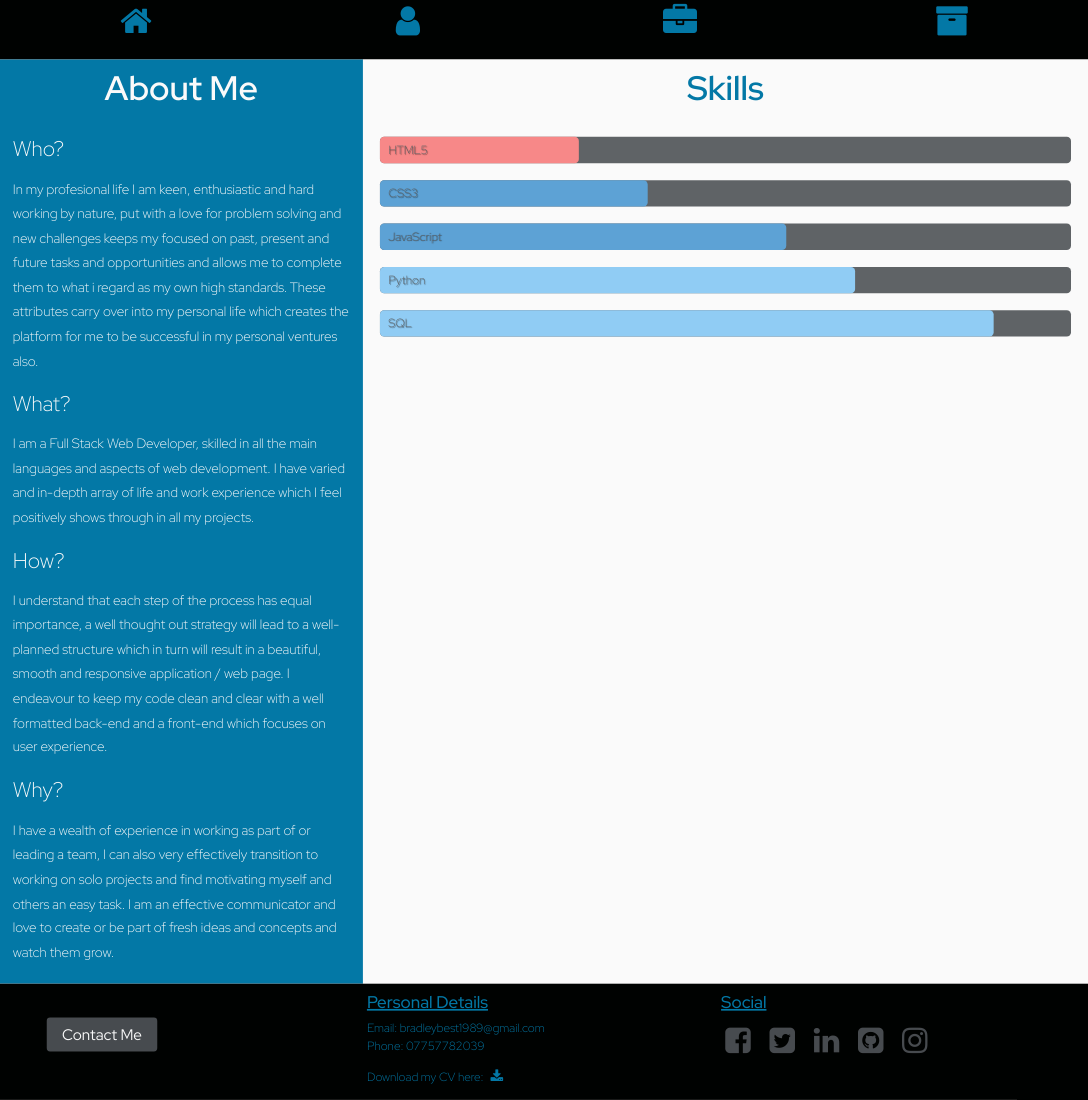
Repository: Brad000/Resume-project
Page: about-me.html
The author's editor kept a record of every edit. The page is drawn from the files as they stood at one moment, then again after the next edit.
The browser window is 1280 px wide. The pictures show the whole page, at 85% of full size.

Above is the page before.

### about-me.html
<!DOCTYPE html>
<html lang="en">

<head>
    <meta charset="UTF-8">
    <meta name="viewport" content="width=device-width, initial-scale=1.0">
    <meta http-equiv="X-UA-Compatible" content="ie=edge">
    <link rel="stylesheet" href="https://stackpath.bootstrapcdn.com/bootstrap/4.3.1/css/bootstrap.min.css" type="text/css" />
    <link rel="stylesheet" href="https://stackpath.bootstrapcdn.com/font-awesome/4.7.0/css/font-awesome.min.css" type="text/css" />
    <link rel="stylesheet" href="assets/css/style.css" type="text/css" />
    <link rel="stylesheet" href="https://cdnjs.cloudflare.com/ajax/libs/hover.css/2.3.1/css/hover-min.css" type="text/css" />
    <title>Bradley Best - Full Stack Web Developer</title>
</head>

<body>
    <!---------------------------NavBar------------------------------------>

    <header>
        <div class="row no-gutters">
            <div class="col-3 nav-item">
                <i class="fa fa-home"></i>
                <a id="nav-link" href="index.html">
                    <h5 id="nav-text">Home</h5>
                </a>
            </div>
            <div class="col-3 nav-item">
                <i class="fa fa-user"></i>
                <a id="nav-link" href="about-me.html">
                    <h5 id="nav-text">About Me</h5>
                </a>
            </div>
            <div class="col-3 nav-item">
                <i class="fa fa-briefcase"></i>
                <a id="nav-link" href="#">
                    <h5 id="nav-text">Work History</h5>
                </a>
            </div>
            <div class="col-3 nav-item">
                <i class="fa fa-archive"></i>
                <a id="nav-link" href="#">
                    <h5 id="nav-text">Portfolio</h5>
                </a>
            </div>
        </div>
    </header>

    <!-----------------------About Me Section------------------------------>

    <section>
        <div class="row no-gutters">
            <div class="col-md-4 about-me-container">
                <h2 class="about-me-text main-headings">About Me</h2>
                <h5 class="about-me-text headings">Who?</h5>
                <p class="about-me-text about-me-para">In my profesional life I am keen, enthusiastic and hard working by nature, put with a love for problem solving and new challenges keeps my focused on past, present and future tasks and opportunities and allows me to complete them to what
                    i regard as my own high standards. These attributes carry over into my personal life which creates the platform for me to be successful in my personal ventures also. </p>
                <h5 class="about-me-text headings">What?</h5>
                <p class="about-me-text about-me-para">I am a Full Stack Web Developer, skilled in all the main languages and aspects of web development. I have varied and in-depth array of life and work experience which I feel positively shows through in all my projects.</p>
                <h5 class="about-me-text headings">How?</h5>
                <p class="about-me-text about-me-para">I understand that each step of the process has equal importance, a well thought out strategy will lead to a well-planned structure which in turn will result in a beautiful, smooth and responsive application / web page. I endeavour to keep
                    my code clean and clear with a well formatted back-end and a front-end which focuses on user experience.</p>
                <h5 class="about-me-text headings">Why?</h5>
                <p class="about-me-text about-me-para">I have a wealth of experience in working as part of or leading a team, I can also very effectively transition to working on solo projects and find motivating myself and others an easy task. I am an effective communicator and love to create
                    or be part of fresh ideas and concepts and watch them grow.</p>
            </div>
            <div class="col-md-8 skills-container">
                <h2 class="main-headings skills-text">Skills</h2>

                    <div class="bar learning" data-skill="HTML5"></div>
                    <div class="bar back basic" data-skill="CSS3"></div>
                    <div class="bar back intermediate" data-skill="JavaScript"></div>
                    <div class="bar front advanced" data-skill="Python"></div>
                    <div class="bar front expert" data-skill="SQL"></div>

                </div>

            </div>
        </div>
    </section>
    <!---------------------------Footer------------------------------------>

    <footer class="container-fluid">
        <div class="row no-gutters" id="footer-details">
            <div class="col-sm-4">
                <button type="button" class="btn btn-secondary contact-button" data-toggle="modal" data-target="#exampleModal">Contact Me</button>
            </div>
            <div class="col-sm-4 footer-headings">
                <h5 class="sub-headings">Personal Details</h5>
                <div class="key">
                    <p class="personal-info-text">
                        Email: bradleybest1989@gmail.com
                    </p>
                </div>
                <div class="personal-info-text">
                    <p>
                        Phone: 07757782039
                    </p>
                </div>
                <div class="personal-info-text">
                    <p class="cv-text">Download my CV here:
                        <span><a href="assets/cv/CV.pdf" target="_blank" class="cv-pdf"></a>
                        <i class="fa fa-download cv-link" aria-hidden="true"></i>
                        </span>
                    </p>
                </div>
            </div>
            <div class="col-sm-4">
                <h5 class="footer-headings sub-headings">Social</h5>
                <ul class="list-inline">
                    <li class="list-inline-item social-links">
                        <a target="_blank" href="https://www.facebook.com/profile.php?id=100010751790168">
                            <i class="fa fa-facebook-square" aria-hidden="true"></i>
                            <span class="sr-only">Facebook</span>
                        </a>
                    </li>
                    <li class="list-inline-item social-links">
                        <a target="_blank" href="https://twitter.com/BradleyBest28">
                            <i class="fa fa-twitter-square" aria-hidden="true"></i>
                            <span class="sr-only">Twitter</span>
                        </a>
                    </li>
                    <li class="list-inline-item social-links">
                        <a target="_blank" href="https://www.linkedin.com/in/bradley-best-b56072188/">
                            <i class="fa fa-linkedin" aria-hidden="true"></i>
                            <span class="sr-only">Linkedin</span>
                        </a>
                    </li>
                    <li class="list-inline-item social-links">
                        <a target="_blank" href="https://github.com/Brad000/Resume-project">
                            <i class="fa fa-github-square" aria-hidden="true"></i>
                            <span class="sr-only">GitHub</span>
                        </a>
                    </li>
                    <li class="list-inline-item social-links">
                        <a target="_blank" href="https://www.instagram.com/brad_best0/?hl=en">
                            <i class="fa fa-instagram" aria-hidden="true"></i>
                            <span class="sr-only">Instagram</span>
                        </a>
                    </li>
                </ul>
            </div>
        </div>
    </footer>
</body>

</html>

### assets/css/style.css
@import url('https://fonts.googleapis.com/css?family=Red+Hat+Display:100,200,300,400,500,600,700');

/*-------------------Nav----------------------*/

.background {
  height: 100vh;
  width: 100%;
}

.nav-item {
  height: 70px;
  background-color: #000201;
  text-align: center;
  padding: 0;
}

.fa-home,
.fa-user,
.fa-archive,
.fa-briefcase {
  font-size: 40px;
  color: #0378A6;
  padding: 5px;
}

/*-------------Text/Padding/Margin------------*/

#nav-text {
  font-family: 'Red Hat Display', sans-serif;
  font-size: 13px;
  font-weight: 600;
  color: #0378A6;
  opacity: 0;
  cursor: pointer;
  text-decoration: none;
  transition: opacity 0.5s ease-in-out;
  -moz-transition: opacity 0.5s ease-in-out;
  -webkit-transition: opacity 0.5s ease-in-out;
  -o-transition: opacity 0.5s ease-in-out;
}

#nav-text:hover {
  opacity: 1;
}

#nav-link {
  text-decoration: none;
}

.sub-headings {
  padding-top: 10px;
  text-decoration: underline;
}

.landing-name {
  position: absolute;
  top: 40%;
  left: 50%;
  transform: translate(-50%, -50%);
  color: #fafafa;
  font-family: 'Red Hat Display', sans-serif;
  font-weight: 100;
  padding-bottom: 20px;
  font-size: 100px;
}

.landing-text {
  position: absolute;
  top: 50%;
  left: 50%;
  transform: translate(-50%, -50%);
  color: #fafafa;
  font-family: 'Red Hat Display', sans-serif;
  font-weight: 400;
  padding-top: 5%;
  font-size: 50px;
}


/*-------------------About Me-----------------*/

.about-me-container {
  background-color: #0378A6;
}

.skills-container {
  background-color: #fafafa
}

.about-me-text {
  padding-left: 15px;
  padding-right: 15px;
  font-family: 'Red Hat Display', sans-serif;
  color: #fafafa;
}

.main-headings {
  padding-top: 10px;
  padding-bottom: 25px;
  text-align: center;
  font-weight: 600;
  font-size: 40px;
}

.headings {
  padding-bottom: 10px;
  font-size: 25px;
  font-weight: 300;
}

.about-me-para {
  padding-bottom: 5px;
  font-size: 16px;
  line-height: 1.8em;
  font-weight: 100;
}

/*-------------------Skills-------------------*/

.skills-text {
  font-family: 'Red Hat Display', sans-serif;
  color: #0378a6;
}

@keyframes load{
  from {
    width: 0%
  }
}
@-webkit-keyframes load{
  from {
    width: 0%
  }
}
@-moz-keyframes load{
  from {
    width: 0%
  }
}
@-o-keyframes load{
  from {
    width: 0%
  }
}

.bar{
  background-color: #5f6366;
  padding: 0;
  border-radius: 5px;
  margin-bottom: 20px;
  font-size: 14px;
  color: #5f6366;
  font-weight: 300;
  font-family: 'Red Hat Display', sans-serif;
  text-shadow: 1px 1px 1px rgba(0,0,0,0.5);
  margin-left: 20px;
  margin-right: 20px;
}
.bar::before{
  content:  attr(data-skill);
  background-color: #04C4D9;
  display: inline-block;
  padding: 5px 0 5px 10px;
  border-radius: inherit;
  animation: load 2s 0s;
  -webkit-animation: load 2s 0s;
  -moz-animation: load 2s 0s;
  -o-animation: load 2s 0s;
}

.bar.front::before{
  background-color: #90ccf4;
}
.bar.back::before{
  background-color: #5da2d5;
}
.bar.learning::before{
  background-color: #f78888;
}

.bar.learning::before{
  width: calc(30% - 10px);
}
.bar.basic::before{
  width: calc(40% - 10px);
}
.bar.intermediate::before{
  width: calc(60% - 10px);
}
.bar.advanced::before{
  width: calc(70% - 10px);
}
.bar.expert::before{
  width: calc(90% - 10px);
}




/*-------------------Footer-------------------*/

footer {
  background-color: #000201;
  color: #0378A6;
  min-height: 130px;
  margin: 0;
  font-size: 18px;
  font-family: 'Red Hat Display', sans-serif;
  font-weight: 300;

}

.contact-button {
  width: 130px;
  border: 0;
  height: 40px;
  margin: 40px;
  text-align: center;
  font-size: 18px;
  color: #fafafa;
  background: #474b4f;
  transition: background 0.5s ease-in-out;
  -moz-transition: background 0.5s ease-in-out;
  -webkit-transition: background 0.5s ease-in-out;
  -o-transition: background 0.5s ease-in-out;
}

.contact-button:hover {
  background-color: #04C4D9;
}

.personal-info-text {
  margin: 0;
  font-size: 14px;
  font-weight: 200;
}

.cv-link {
  margin-left: 5px;
  font-size: 16px;
  color: #0378A6;
  transition: color 0.5s ease-in-out;
  -moz-transition: color 0.5s ease-in-out;
  -webkit-transition: color 0.5s ease-in-out;
  -o-transition: color 0.5s ease-in-out;
}

.cv-link:hover {
  color: #025E73;
  cursor: pointer;
}

.social-links a {
  color: #474b4f;
  font-size: 35px;
  padding: 5px;
  transition: color 0.5s ease-in-out;
  -moz-transition: color 0.5s ease-in-out;
  -webkit-transition: color 0.5s ease-in-out;
  -o-transition: color 0.5s ease-in-out;
}

.social-links a:hover {
  color: #04C4D9;
}

/*----------------Media Queries---------------*/

@media(max-width: 575px) {
  .contact-button {
    margin: 10px 0px 0px 0px;
  }
}

@media(max-width: 575px) {
  .fa-home,
  .fa-user,
  .fa-archive,
  .fa-briefcase {
    font-size: 25px;
    padding: 10px;
  }
}

@media(max-width: 575px) {
  #nav-text {
    opacity: 1;
    font-size: 12px;
  }
}

@media(max-width: 414px) {
  .landing-text {
    padding-top: 20%;
    font-size: 25px;
  }
}

@media(max-width: 414px) {
  .landing-name {
    font-size: 50px;
  }
}

@media(min-width: 415px) {
  .landing-text {
    padding-top: 15%;
  }
}

After the next edit:
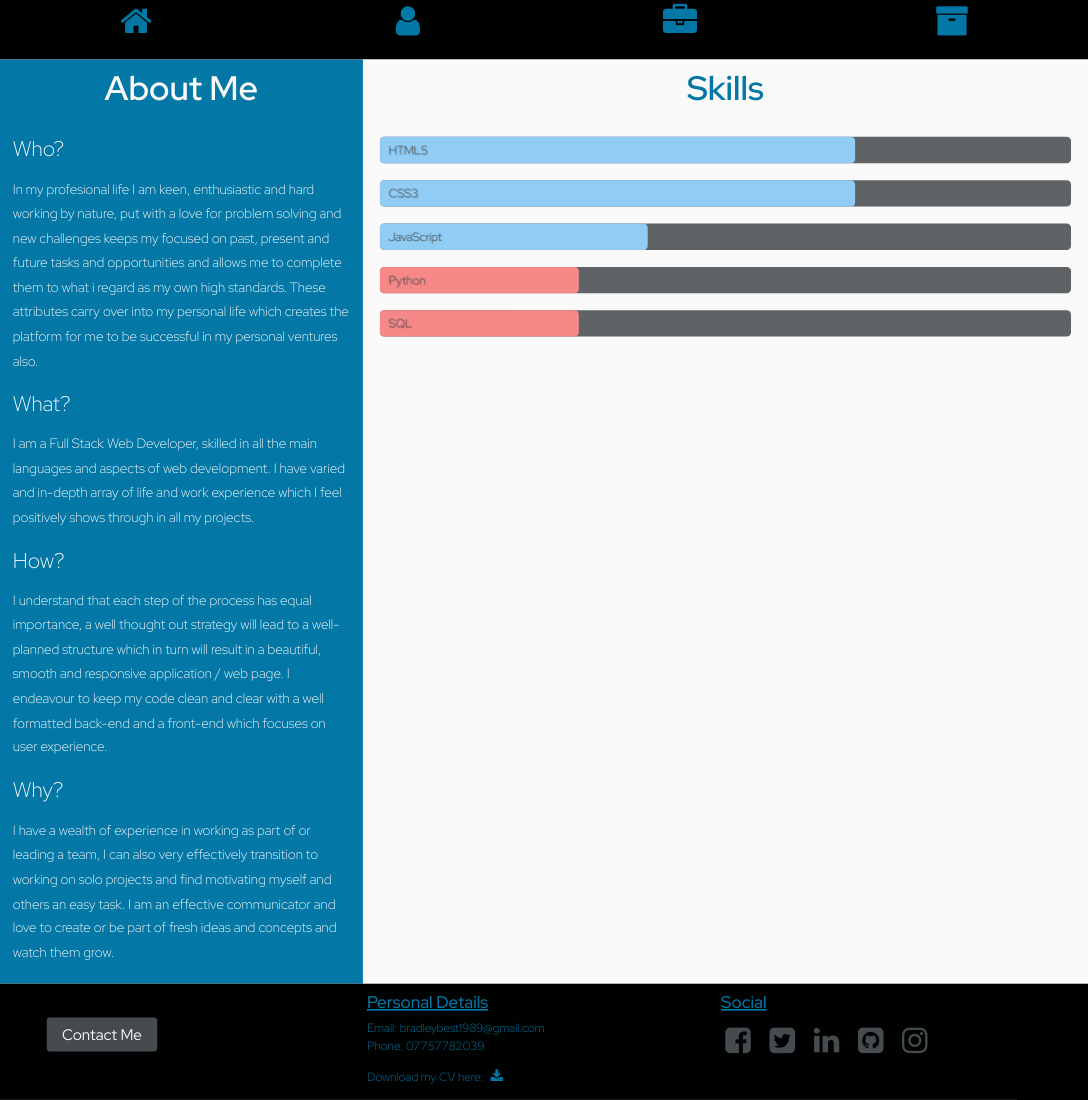
The edit:
--- a/about-me.html
+++ b/about-me.html
@@ -65,11 +65,11 @@
             <div class="col-md-8 skills-container">
                 <h2 class="main-headings skills-text">Skills</h2>
 
-                    <div class="bar learning" data-skill="HTML5"></div>
-                    <div class="bar back basic" data-skill="CSS3"></div>
-                    <div class="bar back intermediate" data-skill="JavaScript"></div>
-                    <div class="bar front advanced" data-skill="Python"></div>
-                    <div class="bar front expert" data-skill="SQL"></div>
+                    <div class="bar front advanced" data-skill="HTML5"></div>
+                    <div class="bar front advanced" data-skill="CSS3"></div>
+                    <div class="bar front basic" data-skill="JavaScript"></div>
+                    <div class="bar back learning" data-skill="Python"></div>
+                    <div class="bar back learning" data-skill="SQL"></div>
 
                 </div>
 
